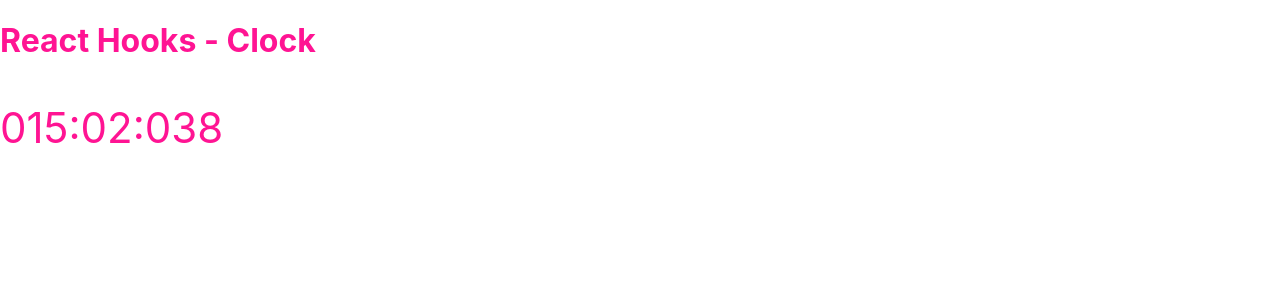
Repository: trongtamdev/react-hooks-basic
Page: /
These files come from the project's save history. The page is drawn as it stood at one moment and after a run of saves; the edit follows.
The browser window is 1280 px wide. The pictures show the whole page.
The page's requests for data from a server got no answer. The project was rebuilt for these pictures with package versions that can differ from the ones it lists, and the page was loaded fresh each time. No one was signed in, and anything a server would have sent is missing. Also part of the build but not shown: src/components/ColorBox/ColorBox.scss, src/components/ColorBox/index.jsx, src/components/TodoList/index.jsx, src/components/TodoForm/index.jsx, src/components/PostList/index.jsx, src/components/Pagination/index.jsx, src/components/PostFiltersForm/index.jsx.

Above is the page before, as saved 2022-09-06 10:12:25.

### src/App.js
import logo from './logo.svg';
import './App.scss';
import queryString from 'query-string';
import ColorBox from './components/ColorBox';
import { useEffect, useState } from 'react';
import TodoList from './components/TodoList';
import TodoForm from './components/TodoForm';
import PostList from './components/PostList';
import Pagination from './components/Pagination';
import PostFiltersForm from './components/PostFiltersForm';
import Clock from './components/Clock';

function App() {
  const [todoList, setTodoList] = useState([
    { id: 1, title: 'I love Easy Frontend! 😍 ' },
    { id: 2, title: 'We love Easy Frontend! 🥰 ' },
    { id: 3, title: 'They love Easy Frontend! 🚀 ' },
  ]);

  const [postList, setPostList] = useState([]);
  const [pagination, setPagination] = useState({
    _page: 1,
    _limit: 10,
    _totalRows: 1,
  });
  const [filters, setFilters] =useState({
    _limit: 10,
    _page: 1,
  })



  useEffect(() => {
    async function fetchPostList(){
      //...
      try {
        const paramsString = queryString.stringify(filters);
        const requestUrl=`http://js-post-api.herokuapp.com/api/posts?${paramsString}`;
        const response = await fetch(requestUrl);
        const responseJSON = await response.json();
        console.log({responseJSON});

        const {data , pagination}= responseJSON;
        setPostList(data);
        setPagination(pagination);
      } catch (error) {
        console.log('Failed to fetch post list: ', error.message)
      }

    }

    fetchPostList();
  },[filters]);


  function handlePageChange (newPage) {
    console.log('New Page: ', newPage)
    setFilters({
      ...filters,
      _page: newPage,
    })
  }

  function handleTodoClick(todo){
    console.log(todo)
    const index = todoList.findIndex(x => x.id===todo.id);
    if(index <0) return;

    const newTodoList= [...todoList];
    newTodoList.splice(index,1);
    setTodoList(newTodoList);
  }

  function handleTodoFormSubmit (formValues){
    console.log('Form submit:' ,formValues)
    const newTodo={
      id: todoList.length + 1,
      ...formValues,
    };
    const newTodoList=[...todoList] ;
    newTodoList.push(newTodo);
    setTodoList(newTodoList);
  }

  function handleFiltersChange(newFilters){
    console.log('New Filters: ', newFilters)
    setFilters({
      ...filters,
      _page: 1,
      title_like: newFilters.searchTerm,
    });
  }

  return (
    <div className="App">
      <h1>React Hooks - Clock</h1>

      <Clock/>
      {/* <TodoForm onSubmit={handleTodoFormSubmit}/> */}
      {/* <TodoList todos={todoList} onTodoClick={handleTodoClick}/> */}

      {/* <PostFiltersForm onSubmit={handleFiltersChange}/>
      <PostList posts={postList} />
      <Pagination
        pagination={pagination}
        onPageChange={handlePageChange}
      /> */}


      {/* <ColorBox /> */}
    </div>
  );
}

export default App;

### src/App.scss
.App {
  color: deeppink;
}

### src/components/Clock/index.jsx
import React, { useEffect, useState } from 'react';
import PropTypes from 'prop-types';

Clock.propTypes = {

};

function formatDate(date) {
    if (!date) return '';

    const hours = `0${date.getHours()}`;
    const minutes = `0${date.getMinutes()}`;
    const seconds = `0${date.getSeconds()}`;

    return `${hours}:${minutes}:${seconds}`;
}

function Clock() {

    const [timeString, setTimeString] = useState('');

    useEffect(() => {
        setInterval(() => {
            const now = new Date();
            //HH:mm:ss
            const newTimeString = formatDate(now);

            setTimeString(newTimeString);
        }, 1000)
    }, [])

    return (
        <div>
            <p style={{ fontSize: '42px' }}>{timeString}</p>
        </div>
    );
}

export default Clock;

Loaded but not shown: public/index.html (common file); src/index.js (common file); src/index.css (common file); src/reportWebVitals.js (common file)

After the next 3 saves:
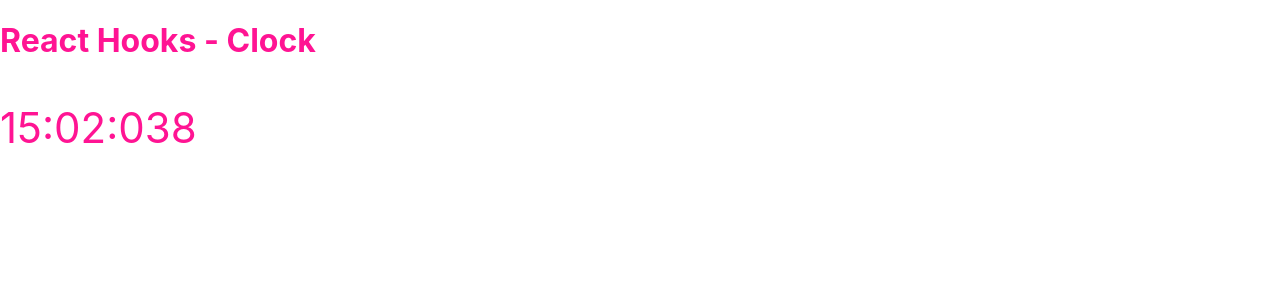
The 3 saves are shown as one change because they came seconds apart.
The last was saved 14 s later.
--- a/src/components/Clock/index.jsx
+++ b/src/components/Clock/index.jsx
@@ -8,7 +8,7 @@ Clock.propTypes = {
 function formatDate(date) {
     if (!date) return '';
 
-    const hours = `0${date.getHours()}`;
+    const hours = `0${date.getHours()}`.slice(-2);
     const minutes = `0${date.getMinutes()}`;
     const seconds = `0${date.getSeconds()}`;
 
